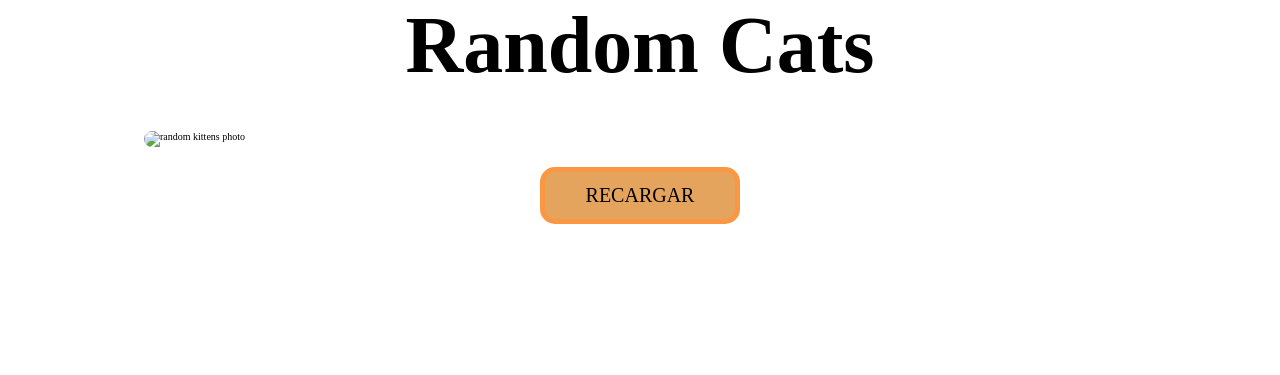
Repository: elto82/ConsumoAPIRESTjs
Page: index.html
An editor plug-in stored every save of this project. The page is shown before and after the next save, followed by the edit.
The browser window is 1280 px wide. The pictures show the whole page.
The page's requests for data from a server got no answer.

Above is the page before, as saved 2022-07-02 18:19:48.

### index.html
<!DOCTYPE html>
<html lang="en">

<head>
  <meta charset="UTF-8">
  <meta http-equiv="X-UA-Compatible" content="IE=edge">
  <meta name="viewport" content="width=device-width, initial-scale=1.0">
  <title>Random Cats</title>
  <link rel="stylesheet" href="style.css">
</head>

<body>
  <header>
    <h1>Random Cats</h1>
  </header>
  <section class="container">
    <img alt="random kittens photo" class="image">
    <button class="random-cat-button" onclick="reload()">RECARGAR</button>

  </section>
  <script src="./main.js"></script>
</body>

</html>

### style.css
* {
  box-sizing: border-box;
  margin: 0px;
  padding: 0px;
}
html {
  font-size: 62.5%;
}
body {
  font-family: 'Square Peg', cursive;
}
header {
  display: flex;
  justify-content: center;
}
h1 {
  font-size: 8rem;
}
.container {
  display: flex;
  flex-direction: column;
  justify-content: center;
  place-items: center;
  padding: 20px;
}
.container .image {
  border-radius: 20px;
  margin: 20px;
  width: 80%;
  height: auto;
}
.random-cat-button {
  align-items: center;
  background-color: rgb(228, 164, 94);
  border: 5px solid rgb(249, 151, 66);
  border-radius: 15px;
  cursor: pointer;
  font-family: 'Pacifico', cursive;
  font-size: 2rem;
  padding: 12px;
  width: 200px;
  height: auto;
}
.random-cat-button:hover {
  border: 5px solid rgb(228, 164, 94);
  background-color: rgb(227, 141, 67);
}

### main.js
/*--------------------------------------------- endpoint
const API_URL = "https://api.thecatapi.com/v1/images/search"; */
/* --------------------------------------------------------query parameters */
const API_URL = "https://api.thecatapi.com/v1/images/search?limit=3";

async function reload() {
  const res = await fetch(API_URL);
  const data = await res.json();
  console.log(data);
  const img = document.querySelector("img");
  img.src = data[0].url;
}
reload();

After the next save:
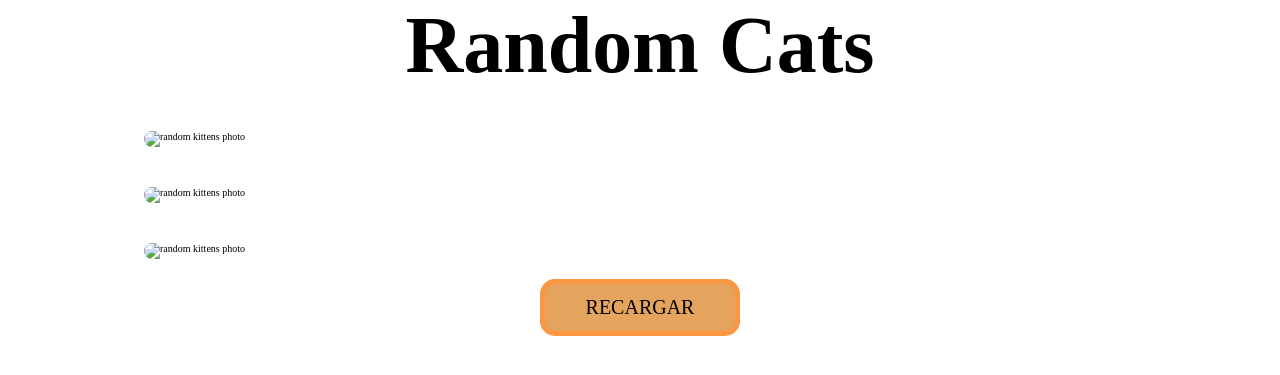
Saved 105 s later.
--- a/index.html
+++ b/index.html
@@ -15,6 +15,9 @@
   </header>
   <section class="container">
     <img alt="random kittens photo" class="image">
+    <img alt="random kittens photo" class="image">
+    <img alt="random kittens photo" class="image">
+
     <button class="random-cat-button" onclick="reload()">RECARGAR</button>
 
   </section>
